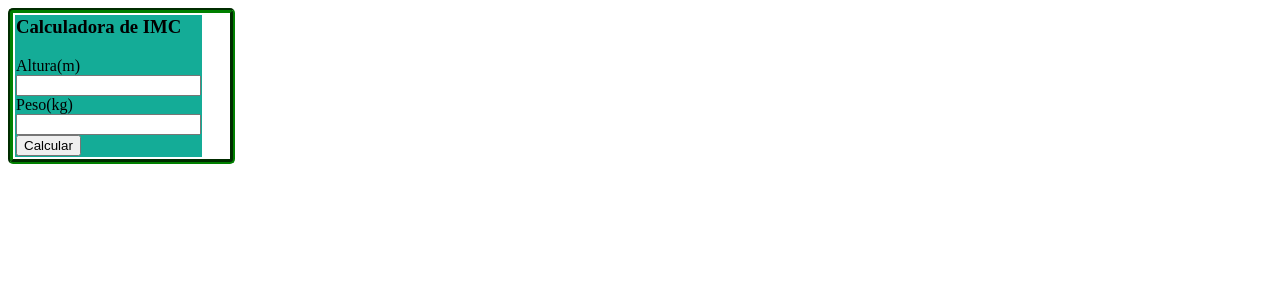
Repository: Patriciamativi/Projetos
Page: index.html
An editor plug-in stored every save of this project. The page is shown before and after the next save, followed by the edit.
The browser window is 1280 px wide. The pictures show the whole page.

Above is the page before, as saved 2022-11-21 14:47:57.

After the next save:
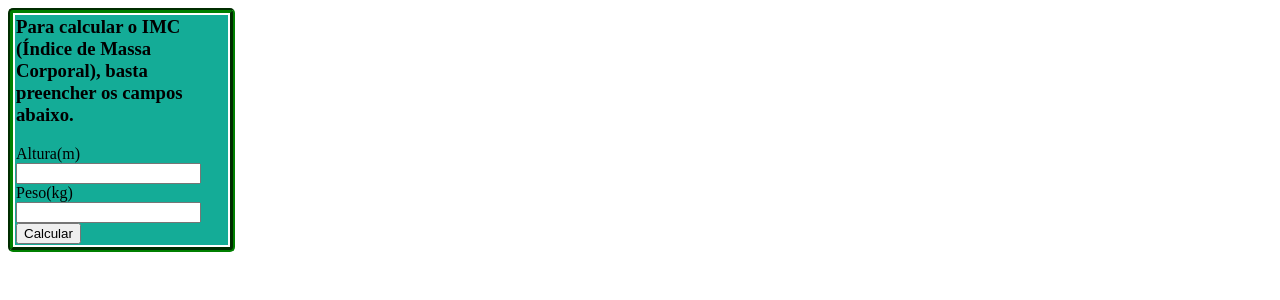
Saved 117 s later.
--- a/index.html
+++ b/index.html
@@ -21,7 +21,7 @@
 <table border="0">
     <body>
          <tr>
-            <td> <h3>Calculadora de IMC</h3>
+            <td> <h3>Para calcular o IMC (Índice de Massa Corporal), basta preencher os campos abaixo.</h3>
 
             Altura(m)<br/>
             <input type: "number" > </br>
